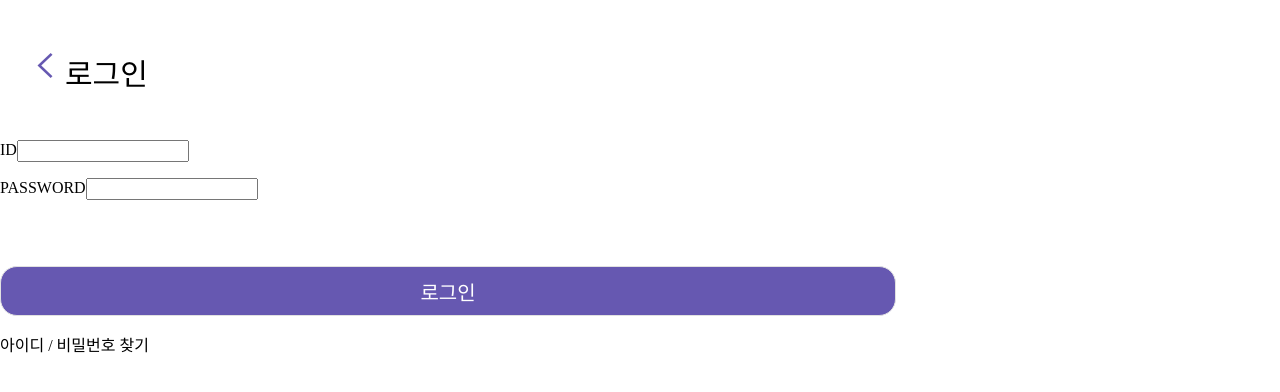
Repository: PEPI-dev/UI
Page: login/login.html
The author's editor kept a copy of each file at every save. The page is drawn from the files as they stood at one save, then again after the next save.
The browser window is 1280 px wide. The pictures show the whole page.
Some web fonts or font styles are not loaded; a fallback is used.

Above is the page before, as saved 2023-12-05 15:00:19.

After the next save:
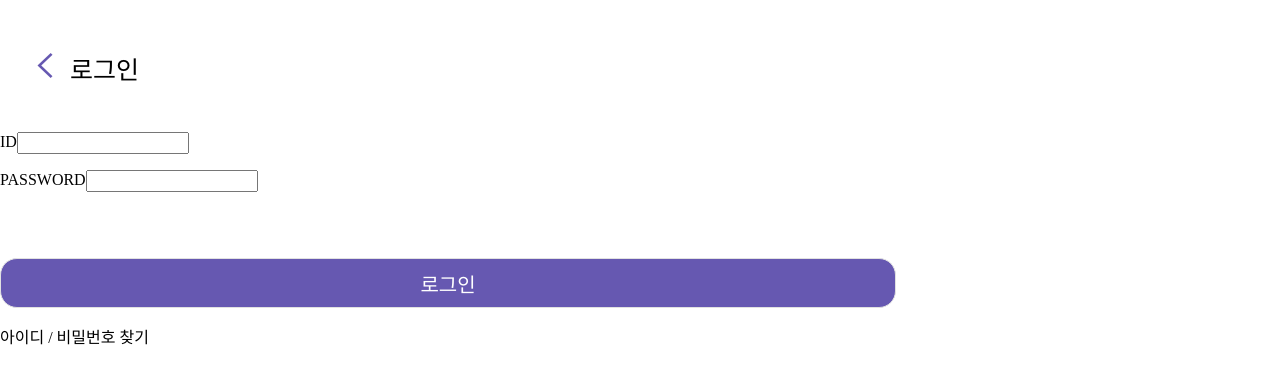
Saved 1 s later.
--- a/login/login.html
+++ b/login/login.html
@@ -11,7 +11,7 @@
 
     <header>
         <i class="xi-angle-left" id="back"></i>
-        <spanid="txt_login">로그인</spanid=>
+        <span id="txt_login">로그인</span>
     </header>
 
     <div id="container">

After the save that followed:
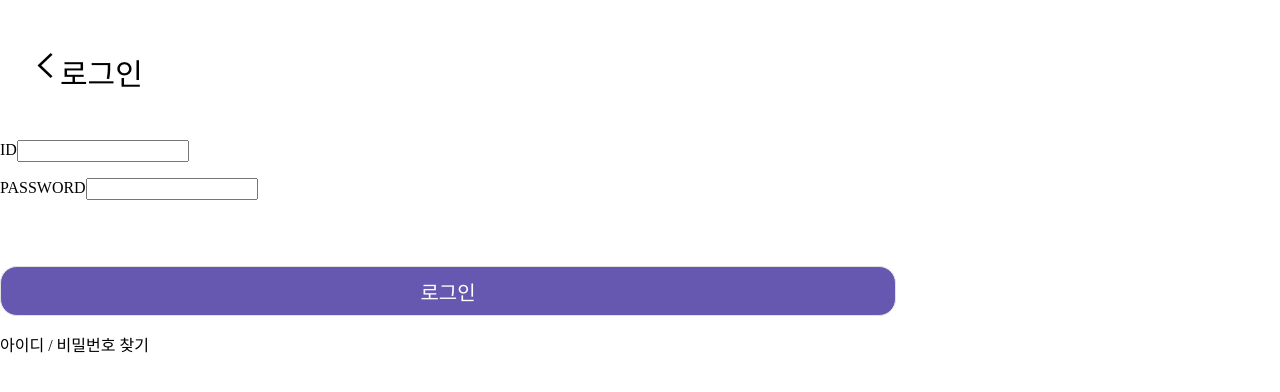
Saved 85 s later.
--- a/login/log.css
+++ b/login/log.css
@@ -44,29 +44,6 @@ header {
     font-weight: 500;
 }
 
-/*뒤로가기 버튼*/
-
-#div_back {
-    display: flex;
-    align-items: center;
-    justify-content: flex-start;
-    margin-left: 10px;
-    margin-top: 35px;
-}
-
-.xi-angle-left {
-    color: #6658B1;
-    font-size: 30px;
-    margin-right: 5px;
-}
-
-#txt_login{
-    font-size: 25px;
-    margin-left: 5px;
-}
-
-
-
 .container{
     width: 80%;
     margin: auto;
